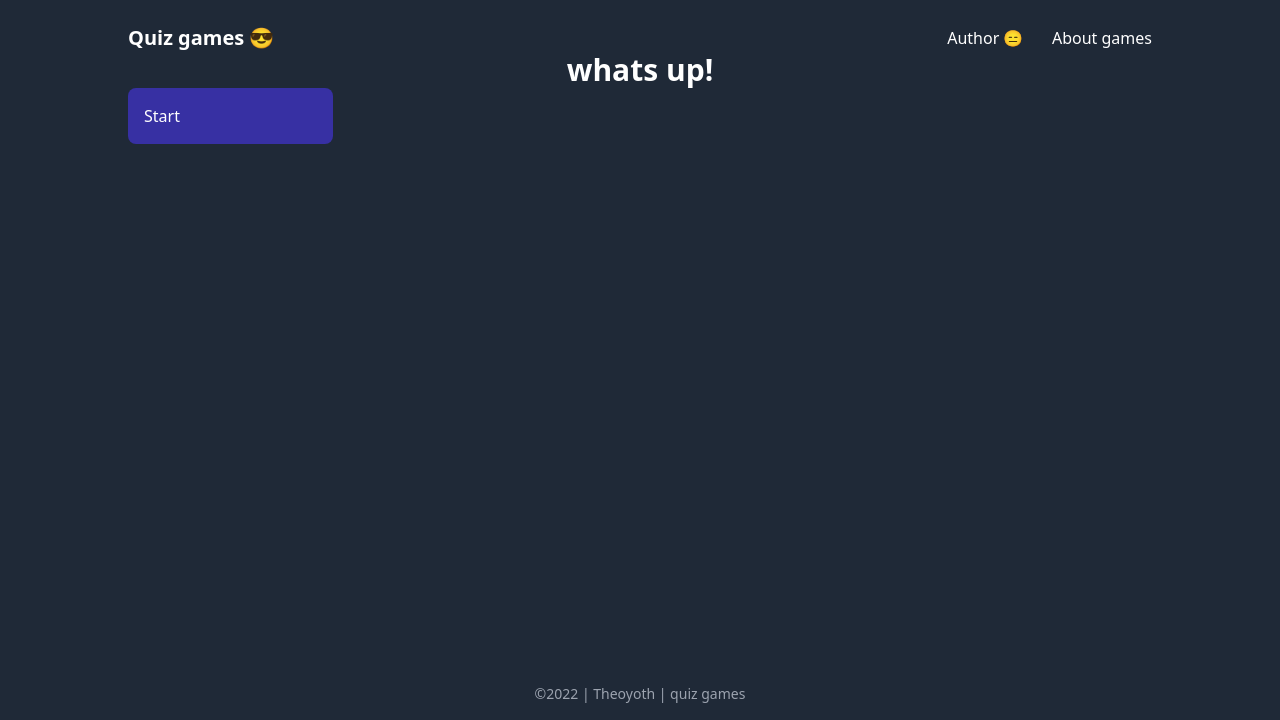
Repository: theoyoth/quiz-game
Page: /
The author's editor kept a copy of each file at every save. The page is drawn from the files as they stood at one save, then again after the next save.
The browser window is 1280 px wide. The pictures show the whole page.
The project was rebuilt for these pictures with package versions that can differ from the ones it lists, and the page was loaded fresh each time. The framework's server and built-in components were replaced by stand-ins that run in the browser. Also part of the build but not shown: nuxt.config.js, components/EndPage.vue, layouts/404.vue, layouts/error.vue, layouts/errorLayout.vue.

Above is the page before, as saved 2022-06-14 17:40:13.

After the next save:
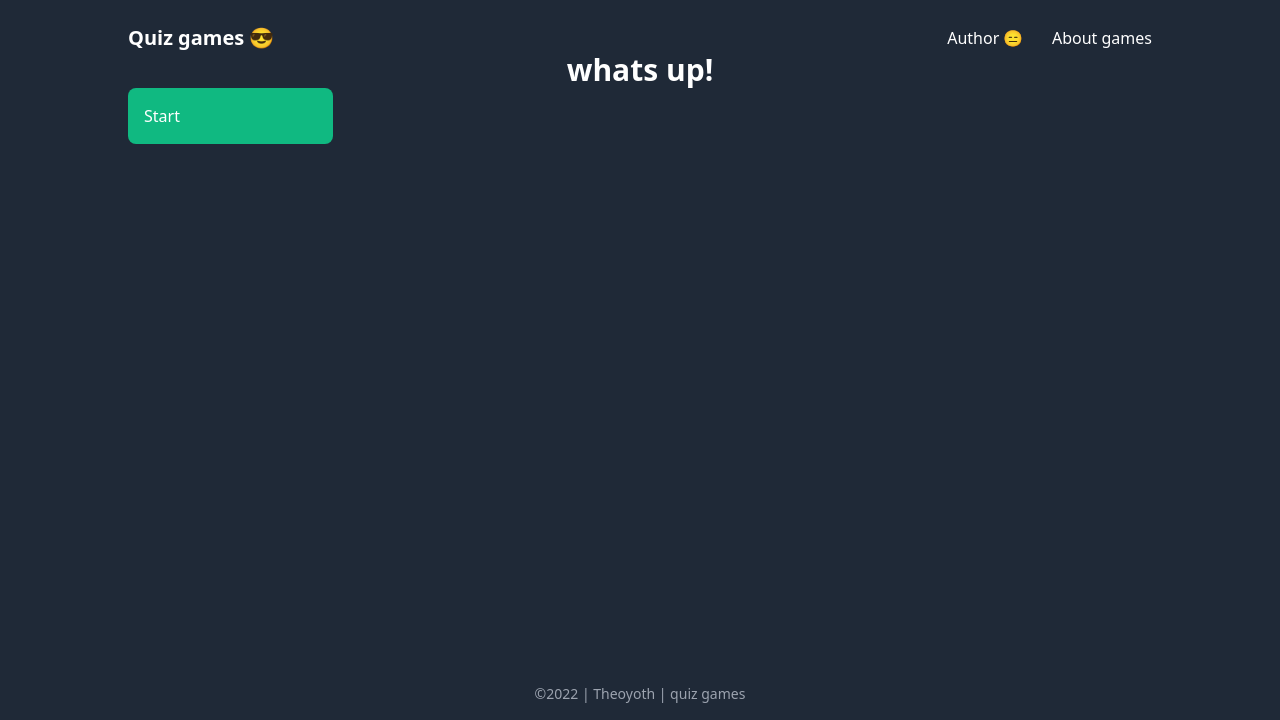
Saved 27 s later.
--- a/pages/index.vue
+++ b/pages/index.vue
@@ -3,7 +3,7 @@
     <h1 class="text-3xl font-bold text-center">whats up!</h1>
     <div>
       <NuxtLink to="/game">
-        <div class="w-1/5 p-4 bg-indigo-800 rounded-lg ">Start</div>
+        <div class="w-1/5 p-4 bg-green-500 rounded-lg ">Start</div>
       </NuxtLink>
     </div>
   </div>
